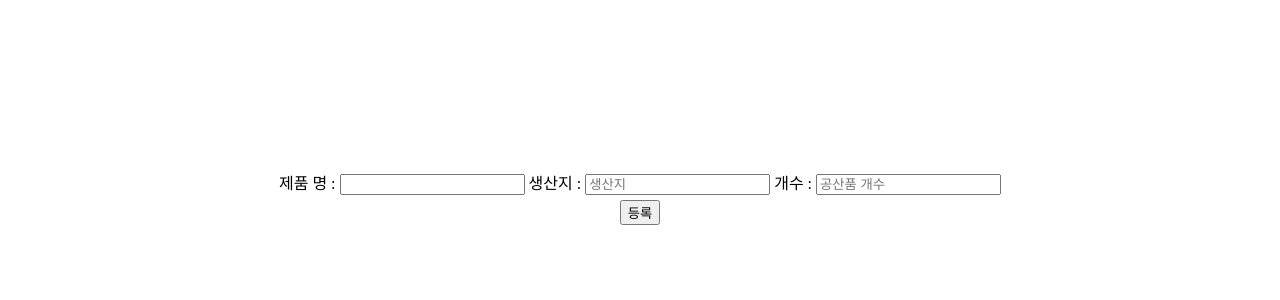
Repository: charmingjae/swproject
Page: http://localhost/board_project/product.jsp
These files come from the project's save history. The page is drawn as it stood at one moment and after the next save; the edit follows.
The browser window is 1280 px wide. The pictures show the whole page.
The page is served by Tomcat 9.

Above is the page before, as saved 2019-09-17 17:09:04.

After the next save:
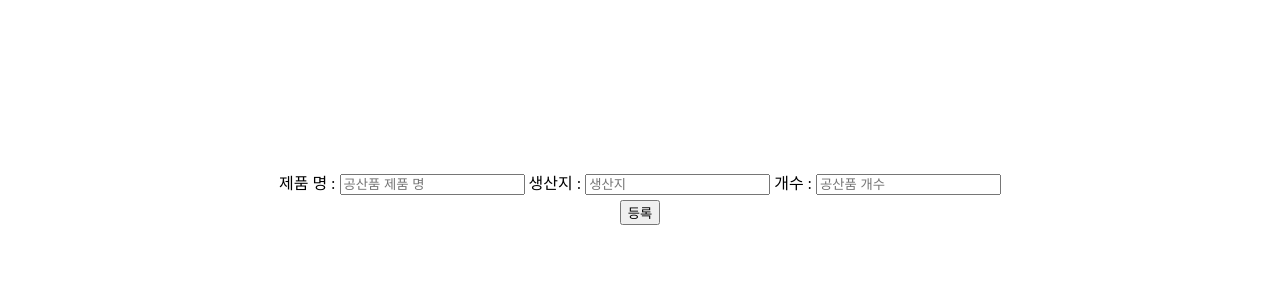
Saved 2 min 18 s later.
--- a/board_project/board_project/WebContent/product.jsp
+++ b/board_project/board_project/WebContent/product.jsp
@@ -51,7 +51,7 @@ function writeCheck()
 									</select>
 									</select> -->
 
-							제품 명 : <input list="browsers" name="proname">
+							제품 명 : <input list="browsers" name="proname"placeholder="공산품 제품 명">
 									<datalist id="browsers">
 										<option value="" selected disabled hidden> 제품 명을 입력하세요.</option>
 										<option value="AIR JORDAN 1">AIR JORDAN 1</option>
